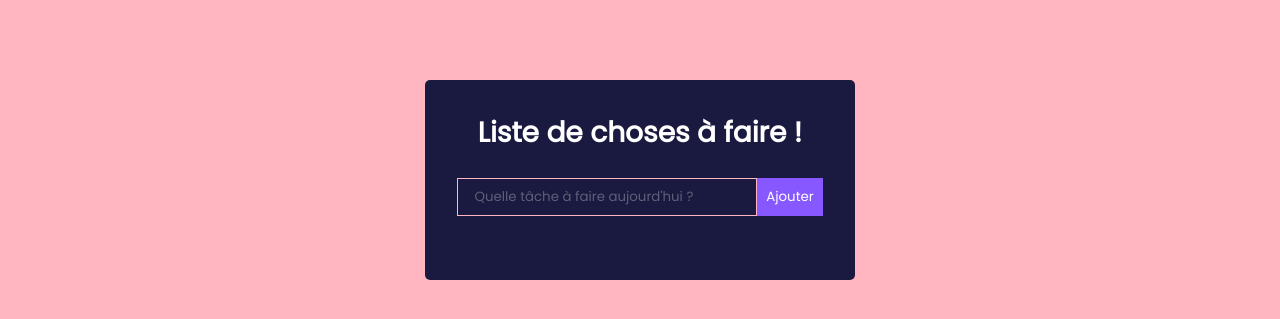
Repository: Loetitia27006/todo_list
Page: /
These files come from the project's save history. The page is drawn as it stood at one moment and after the next save; the edit follows.
The browser window is 1280 px wide. The pictures show the whole page.
The project was rebuilt for these pictures with package versions that can differ from the ones it lists, and the page was loaded fresh each time. Also part of the build but not shown: src/components/EditTodoForm.js, src/components/Todo.js.

Above is the page before, as saved 2023-08-18 17:33:50.

### public/index.html
<!DOCTYPE html>
<html lang="en">
  <head>
    <meta charset="utf-8" />
    <link rel="icon" href="%PUBLIC_URL%/logo-black.svg" />
    <meta name="viewport" content="width=device-width, initial-scale=1" />
    <meta name="theme-color" content="#000000" />
    <meta
      name="description"
      content="Web site created using create-react-app"
    />
    <link rel="apple-touch-icon" href="%PUBLIC_URL%/logo-black.svg" />
    <!--
      manifest.json provides metadata used when your web app is installed on a
      user's mobile device or desktop. See https://developers.google.com/web/fundamentals/web-app-manifest/
    -->
    <link rel="manifest" href="%PUBLIC_URL%/manifest.json" />
    <!--
      Notice the use of %PUBLIC_URL% in the tags above.
      It will be replaced with the URL of the `public` folder during the build.
      Only files inside the `public` folder can be referenced from the HTML.

      Unlike "/favicon.ico" or "favicon.ico", "%PUBLIC_URL%/favicon.ico" will
      work correctly both with client-side routing and a non-root public URL.
      Learn how to configure a non-root public URL by running `npm run build`.
    -->
    <title>Todo List</title>
  </head>
  <body>
    <noscript>You need to enable JavaScript to run this app.</noscript>
    <div id="root"></div>
    <!--
      This HTML file is a template.
      If you open it directly in the browser, you will see an empty page.

      You can add webfonts, meta tags, or analytics to this file.
      The build step will place the bundled scripts into the <body> tag.

      To begin the development, run `npm start` or `yarn start`.
      To create a production bundle, use `npm run build` or `yarn build`.
    -->
  </body>
</html>

### src/App.css
@import url('https://fonts.googleapis.com/css2?family=Poppins&display=swap');

* {
  font-family: 'Poppins', sans-serif;
  margin: 0;
  padding: 0;
  box-sizing: border-box;
}

body {
  background: #FFB6C1;
  display: flex;
  justify-content: center;
  align-items: center;
}

.App {
  text-align: center;
}

h1 {
  color: #fff;
  margin-bottom: 0.5rem;
  font-size: 1.75rem;
}

.TodoWrapper {
  background: #1A1A40;
  margin-top: 5rem;
  padding: 2rem;
  border-radius: 5px;
}

.TodoForm {
  width: 100%;
}

.todo-input {
  outline: none;
  background: none;
  border: 1px solid #FFB6C1;
  padding: 0.5rem 1rem;
  margin-top: 1rem;
  margin-bottom: 2rem;
  width: 300px;
  color: #fff;
}

.todo-input::placeholder {
  color: #ffffff4d;
}

.todo-btn {
  background: #8758ff;
  color: #fff;
  border: none;
  padding: 0.55rem;
  cursor: pointer;

}

.Todo {
  display: flex;
  justify-content: space-between;
  align-items: center;
  background: #8758ff;
  color: #fff;
  padding: 0.75rem 1rem;
  border-radius: 5px;
  margin-bottom: 1rem;
  cursor: pointer;
}

.fa-trash {
  margin-left: 0.75rem;
}

.completed {
  color: #c5aeff;
  text-decoration: line-through;
}

### src/components/TodoWrapper.js
import React, {useState} from 'react'
import { TodoForm } from './TodoForm'
import { EditTodoForm } from './EditTodoForm'
import { v4 as uuidv4 } from 'uuid'
import { Todo } from './Todo'
uuidv4()

export const TodoWrapper = () => {

    const [todos, setTodos] = useState([])

    const addTodo = todo =>{
        setTodos([...todos, {id: uuidv4(), task: todo,
        completed: false, isEditing: false}])
        console.log(todos)
    }

    const toggleComplete = id =>{
      setTodos(todos.map(todo => todo.id === id ? {...todo, completed: !todo.completed} : todo))
    }

    const deleteTodo = id => {
      setTodos(todos.filter(todo => todo.id !== id))
    }

    const editTodo = id => {
      setTodos(todos.map(todo => todo.id === id ? {...todo, isEditing: !todo.isEditing}: todo));
    }

    const editTask = (task, id) => {
      setTodos(todos.map(todo => todo.id === id ? {...todo, task, isEditing: !todo.isEditing}: todo));
    }

  return (
    <div className="TodoWrapper">
      <h1>Liste de choses à faire !</h1>
      <TodoForm addTodo={addTodo} />
      {todos.map((todo, index) => (
        todo.isEditing ?(<EditTodoForm editTodo={editTask} task={todo}/>
        ):(
        <Todo task={todo} key={index} toggleComplete={toggleComplete}
        deleteTodo={deleteTodo} editTodo={editTodo}/>
        )
      ))}
    </div>
  );
}

### src/components/TodoForm.js
import React, {useState} from 'react'

export const TodoForm = ({addTodo}) => {

    const [value, setValue] = useState("")
    const handleSubmit = e => {
        e.preventDefault()
        addTodo(value)
        setValue("")
    }

  return (
    <form className='Todoform' onSubmit={handleSubmit}>
        <input type="text" className='todo-input' value={value} placeholder="Quelle tâche à faire aujourd'hui ?"
        onChange={(e)=>setValue(e.target.value)}/>
        <button type='submit' className='todo-btn'>Ajouter</button>
    </form>
  )
}

Loaded but not shown: src/index.js (common file); src/App.js (common file); src/reportWebVitals.js (common file)

After the next save:
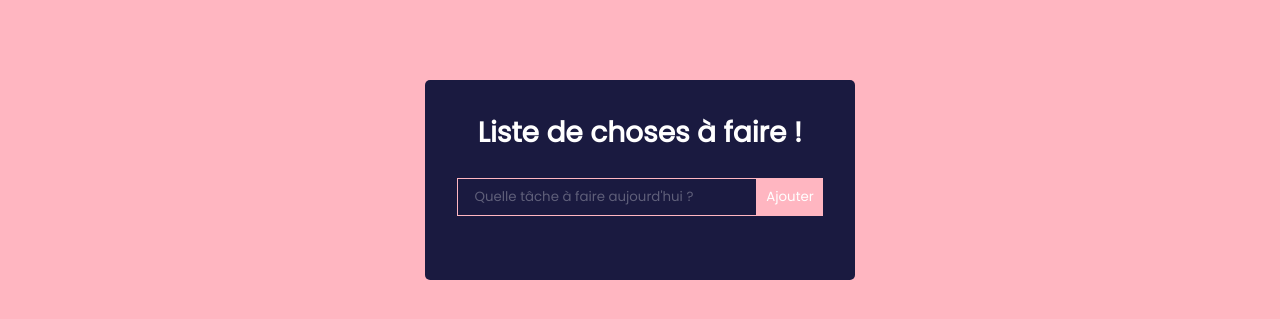
Saved 13 s later.
--- a/src/App.css
+++ b/src/App.css
@@ -51,7 +51,7 @@ h1 {
 }
 
 .todo-btn {
-  background: #8758ff;
+  background: #FFB6C1;
   color: #fff;
   border: none;
   padding: 0.55rem;
